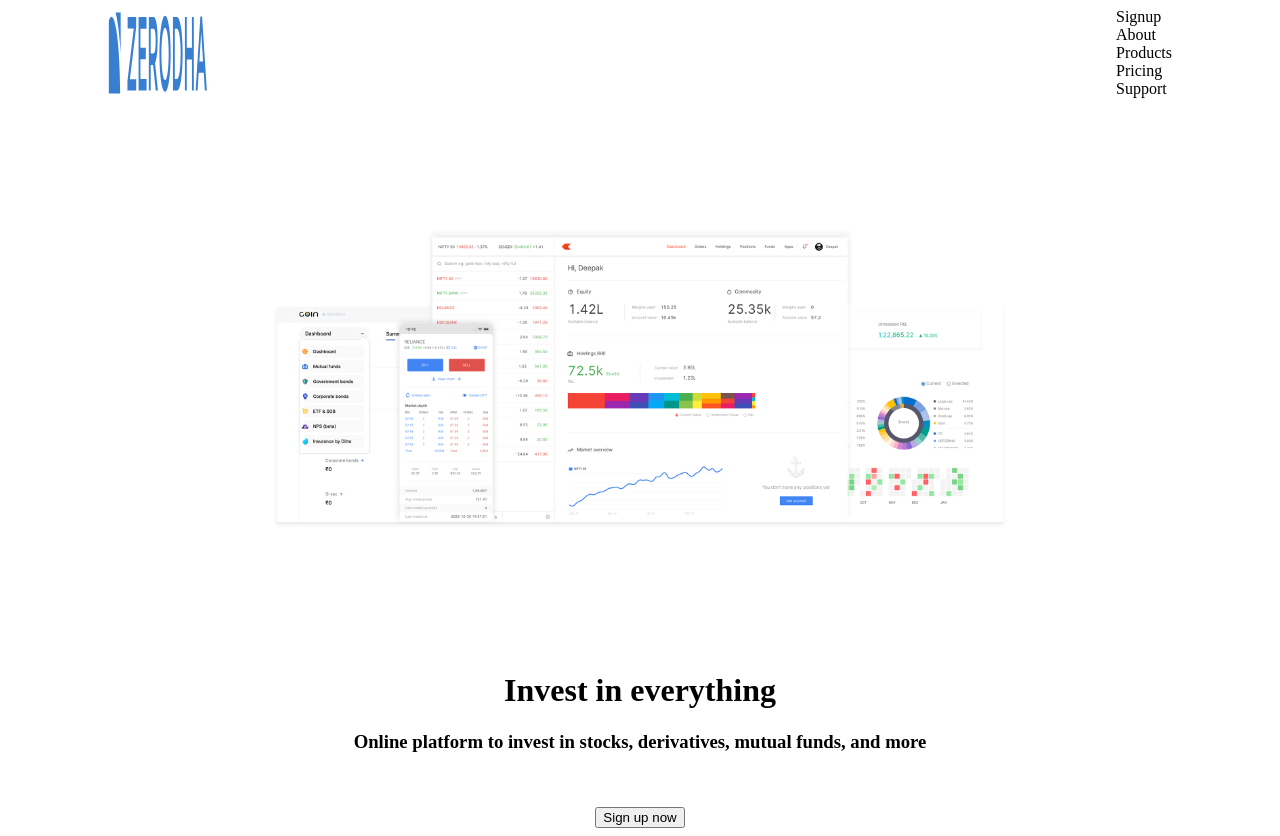
Repository: VISHALGUPTA100803/Harkirat_MERN
Page: zerodha_landing_page week0(html+css)/index.html
An editor plug-in stored every save of this project. The page is shown before and after the next save, followed by the edit.
The browser window is 1280 px wide. The pictures show the whole page.

Above is the page before, as saved 2023-12-16 17:41:11.

### zerodha_landing_page week0(html+css)/index.html
<div style = "display: flex; justify-content: space-between;
margin-left: 100px; margin-right: 100px;">
    <img width = "100" src = "logo.svg"> </img>
    <div>
        <div> Signup </div>

        <div> About </div>
        <div> Products </div>
        <div>Pricing</div>
        <div>Support </div>
    </div>

</div>
<br> </br>
<br> </br>
<br> </br>
<center>
    <img width = "800" src ="landing.png"> </img>
</center>
<br> </br>
<br> </br>
<br> </br>
<center>
    <h1> Invest in everything </h1>
</center>
<center>
   <h3>
    Online platform to invest in stocks, derivatives, mutual funds, and more
   </h3>
</center>
<br> </br>
<center>
    <button>
        Sign up now
    </button>
</center>

After the next save:
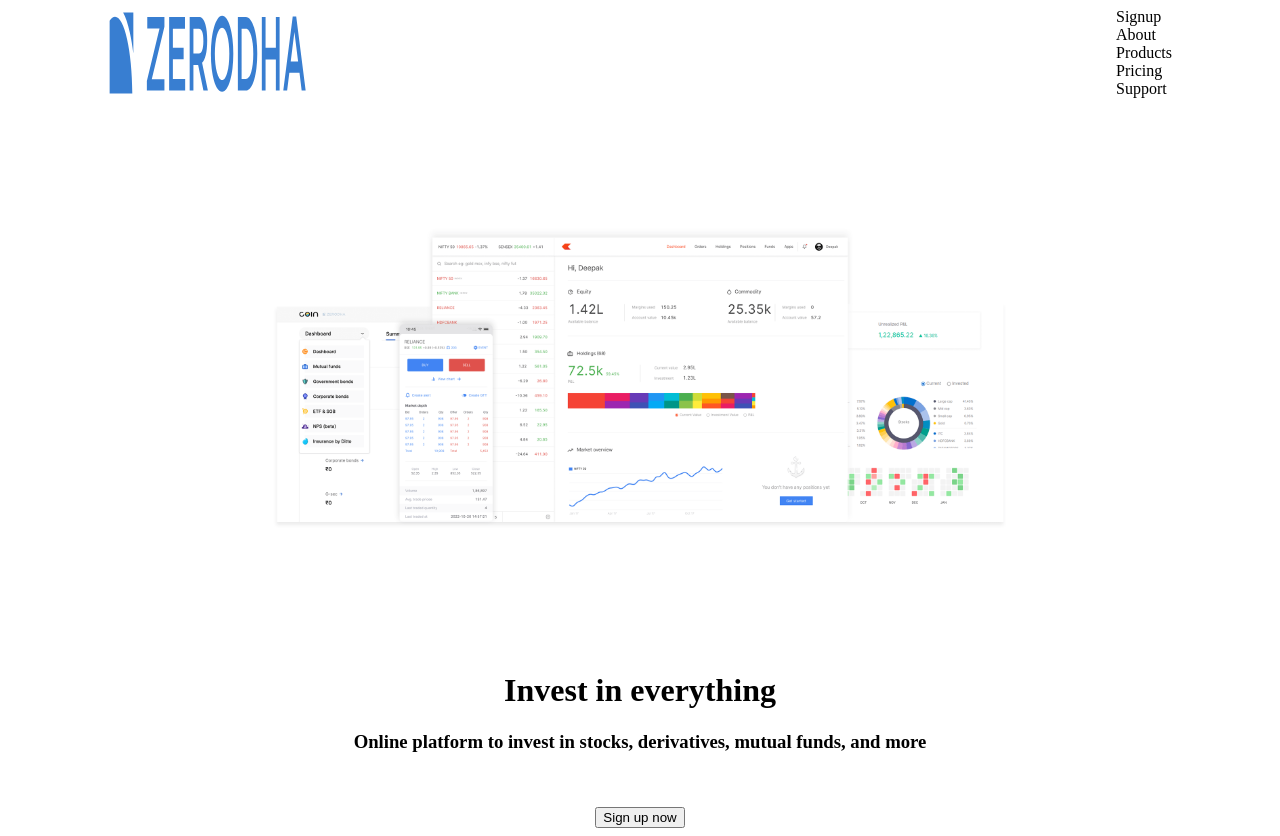
Saved 16 s later.
--- a/zerodha_landing_page week0(html+css)/index.html
+++ b/zerodha_landing_page week0(html+css)/index.html
@@ -1,6 +1,6 @@
 <div style = "display: flex; justify-content: space-between;
 margin-left: 100px; margin-right: 100px;">
-    <img width = "100" src = "logo.svg"> </img>
+    <img width = "200" src = "logo.svg"> </img>
     <div>
         <div> Signup </div>
 
